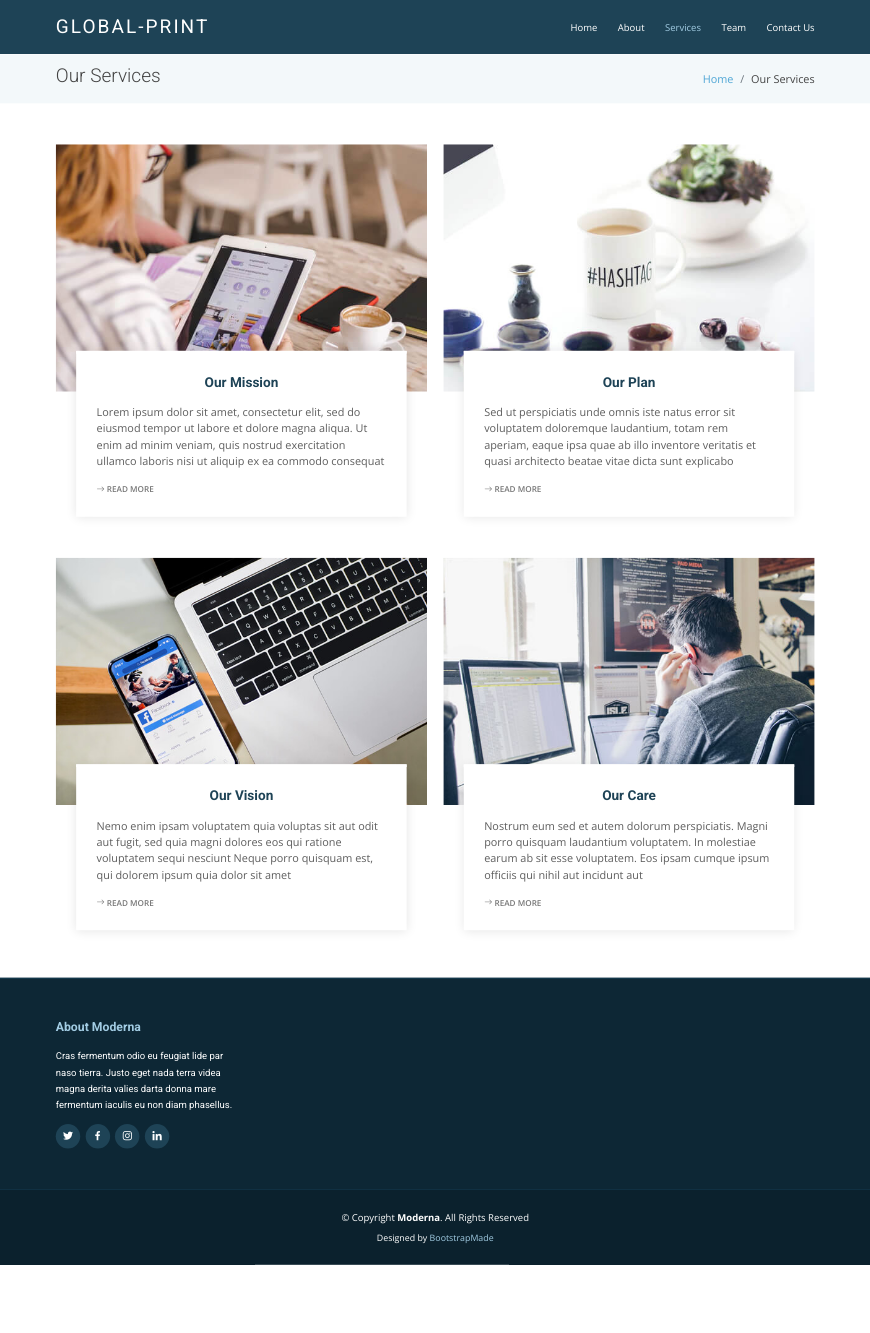
Repository: VachArt/Global-print
Page: services.html
An editor plug-in stored every save of this project. The page is shown before and after the next save, followed by the edit.
The browser window is 1280 px wide. The pictures show the whole page, at 68% of full size.

Above is the page before, as saved 2022-06-09 12:50:24.

### services.html
<!DOCTYPE html>
<html lang="en">

<head>
  <meta charset="utf-8">
  <meta content="width=device-width, initial-scale=1.0" name="viewport">

  <title>GlobalPrint</title>
  <meta content="" name="description">
  <meta content="" name="keywords">


  <!-- Google Fonts -->
  <link href="https://fonts.googleapis.com/css?family=Open+Sans:300,300i,400,400i,600,600i,700,700i|Roboto:300,300i,400,400i,500,500i,700,700i&display=swap" rel="stylesheet">

  <!-- Vendor CSS Files -->
  <link href="assets/vendor/animate.css/animate.min.css" rel="stylesheet">
  <link href="assets/vendor/aos/aos.css" rel="stylesheet">
  <link href="assets/vendor/bootstrap/css/bootstrap.min.css" rel="stylesheet">
  <link href="assets/vendor/bootstrap-icons/bootstrap-icons.css" rel="stylesheet">
  <link href="assets/vendor/boxicons/css/boxicons.min.css" rel="stylesheet">
  <link href="assets/vendor/glightbox/css/glightbox.min.css" rel="stylesheet">
  <link href="assets/vendor/swiper/swiper-bundle.min.css" rel="stylesheet">

  <!-- Template Main CSS File -->
  <link href="assets/css/style.css" rel="stylesheet">

</head>

<body>

  <!-- ======= Header ======= -->
  <header id="header" class="fixed-top d-flex align-items-center ">
    <div class="container d-flex justify-content-between align-items-center">

      <div class="logo">
        <h1 class="text-light"><a href="index.html"><span>Global-Print</span></a></h1>
        <!-- Uncomment below if you prefer to use an image logo -->
        <!-- <a href="index.html"><img src="assets/img/logo.png" alt="" class="img-fluid"></a>-->
      </div>

      <nav id="navbar" class="navbar">
        <ul>
          <li><a class="" href="index.html">Home</a></li>
          <li><a href="about.html">About</a></li>
          <li><a class="active" href="services.html">Services</a></li>
          <li><a href="team.html">Team</a></li>
          <li><a href="contact.html">Contact Us</a></li>
        </ul>
        <i class="bi bi-list mobile-nav-toggle"></i>
      </nav><!-- .navbar -->

    </div>
  </header><!-- End Header -->

  <main id="main">

    <!-- ======= Our Services Section ======= -->
    <section class="breadcrumbs">
      <div class="container">

        <div class="d-flex justify-content-between align-items-center">
          <h2>Our Services</h2>
          <ol>
            <li><a href="index.html">Home</a></li>
            <li>Our Services</li>
          </ol>
        </div>

      </div>
    </section><!-- End Our Services Section -->



    <!-- ======= Service Details Section ======= -->
    <section class="service-details">
      <div class="container">

        <div class="row">
          <div class="col-md-6 d-flex align-items-stretch" data-aos="fade-up">
            <div class="card">
              <div class="card-img">
                <img src="assets/img/service-details-1.jpg" alt="...">
              </div>
              <div class="card-body">
                <h5 class="card-title"><a href="#">Our Mission</a></h5>
                <p class="card-text">Lorem ipsum dolor sit amet, consectetur elit, sed do eiusmod tempor ut labore et dolore magna aliqua. Ut enim ad minim veniam, quis nostrud exercitation ullamco laboris nisi ut aliquip ex ea commodo consequat</p>
                <div class="read-more"><a href="#"><i class="bi bi-arrow-right"></i> Read More</a></div>
              </div>
            </div>
          </div>
          <div class="col-md-6 d-flex align-items-stretch" data-aos="fade-up">
            <div class="card">
              <div class="card-img">
                <img src="assets/img/service-details-2.jpg" alt="...">
              </div>
              <div class="card-body">
                <h5 class="card-title"><a href="#">Our Plan</a></h5>
                <p class="card-text">Sed ut perspiciatis unde omnis iste natus error sit voluptatem doloremque laudantium, totam rem aperiam, eaque ipsa quae ab illo inventore veritatis et quasi architecto beatae vitae dicta sunt explicabo</p>
                <div class="read-more"><a href="#"><i class="bi bi-arrow-right"></i> Read More</a></div>
              </div>
            </div>

          </div>
          <div class="col-md-6 d-flex align-items-stretch" data-aos="fade-up">
            <div class="card">
              <div class="card-img">
                <img src="assets/img/service-details-3.jpg" alt="...">
              </div>
              <div class="card-body">
                <h5 class="card-title"><a href="#">Our Vision</a></h5>
                <p class="card-text">Nemo enim ipsam voluptatem quia voluptas sit aut odit aut fugit, sed quia magni dolores eos qui ratione voluptatem sequi nesciunt Neque porro quisquam est, qui dolorem ipsum quia dolor sit amet</p>
                <div class="read-more"><a href="#"><i class="bi bi-arrow-right"></i> Read More</a></div>
              </div>
            </div>
          </div>
          <div class="col-md-6 d-flex align-items-stretch" data-aos="fade-up">
            <div class="card">
              <div class="card-img">
                <img src="assets/img/service-details-4.jpg" alt="...">
              </div>
              <div class="card-body">
                <h5 class="card-title"><a href="#">Our Care</a></h5>
                <p class="card-text">Nostrum eum sed et autem dolorum perspiciatis. Magni porro quisquam laudantium voluptatem. In molestiae earum ab sit esse voluptatem. Eos ipsam cumque ipsum officiis qui nihil aut incidunt aut</p>
                <div class="read-more"><a href="#"><i class="bi bi-arrow-right"></i> Read More</a></div>
              </div>
            </div>
          </div>
        </div>

      </div>
    </section><!-- End Service Details Section -->


  </main><!-- End #main -->

  <!-- ======= Footer ======= -->
  <footer id="footer" data-aos="fade-up" data-aos-easing="ease-in-out" data-aos-duration="500">


    <div class="footer-top">
      <div class="container">
        <div class="row">



          <div class="col-lg-3 col-md-6 footer-info">
            <h3>About Moderna</h3>
            <p>Cras fermentum odio eu feugiat lide par naso tierra. Justo eget nada terra videa magna derita valies darta donna mare fermentum iaculis eu non diam phasellus.</p>
            <div class="social-links mt-3">
              <a href="#" class="twitter"><i class="bx bxl-twitter"></i></a>
              <a href="#" class="facebook"><i class="bx bxl-facebook"></i></a>
              <a href="#" class="instagram"><i class="bx bxl-instagram"></i></a>
              <a href="#" class="linkedin"><i class="bx bxl-linkedin"></i></a>
            </div>
          </div>

        </div>
      </div>
    </div>

    <div class="container">
      <div class="copyright">
        &copy; Copyright <strong><span>Moderna</span></strong>. All Rights Reserved
      </div>
      <div class="credits">
        <!-- All the links in the footer should remain intact. -->
        <!-- You can delete the links only if you purchased the pro version. -->
        <!-- Licensing information: https://bootstrapmade.com/license/ -->
        <!-- Purchase the pro version with working PHP/AJAX contact form: https://bootstrapmade.com/free-bootstrap-template-corporate-moderna/ -->
        Designed by <a href="https://bootstrapmade.com/">BootstrapMade</a>
      </div>
    </div>
  </footer><!-- End Footer -->

  <a href="#" class="back-to-top d-flex align-items-center justify-content-center"><i class="bi bi-arrow-up-short"></i></a>

  <!-- Vendor JS Files -->
  <script src="assets/vendor/purecounter/purecounter.js"></script>
  <script src="assets/vendor/aos/aos.js"></script>
  <script src="assets/vendor/bootstrap/js/bootstrap.bundle.min.js"></script>
  <script src="assets/vendor/glightbox/js/glightbox.min.js"></script>
  <script src="assets/vendor/isotope-layout/isotope.pkgd.min.js"></script>
  <script src="assets/vendor/swiper/swiper-bundle.min.js"></script>
  <script src="assets/vendor/waypoints/noframework.waypoints.js"></script>
  <script src="assets/vendor/php-email-form/validate.js"></script>

  <!-- Template Main JS File -->
  <script src="assets/js/main.js"></script>

</body>

</html>

Loaded but not shown: assets/vendor/animate.css/animate.min.css (library); assets/vendor/aos/aos.css (library); assets/vendor/bootstrap/css/bootstrap.min.css (library); assets/vendor/bootstrap-icons/bootstrap-icons.css (library); assets/vendor/boxicons/css/boxicons.min.css (library); assets/vendor/glightbox/css/glightbox.min.css (library); assets/vendor/swiper/swiper-bundle.min.css (library); assets/vendor/purecounter/purecounter.js (library); assets/vendor/aos/aos.js (library); assets/vendor/bootstrap/js/bootstrap.bundle.min.js (library); assets/vendor/glightbox/js/glightbox.min.js (library); assets/vendor/isotope-layout/isotope.pkgd.min.js (library); assets/vendor/swiper/swiper-bundle.min.js (library); assets/vendor/waypoints/noframework.waypoints.js (library); assets/vendor/php-email-form/validate.js (common file); assets/js/main.js (225 lines, source omitted); assets/css/style.css (1988 lines, source omitted)

After the next save:
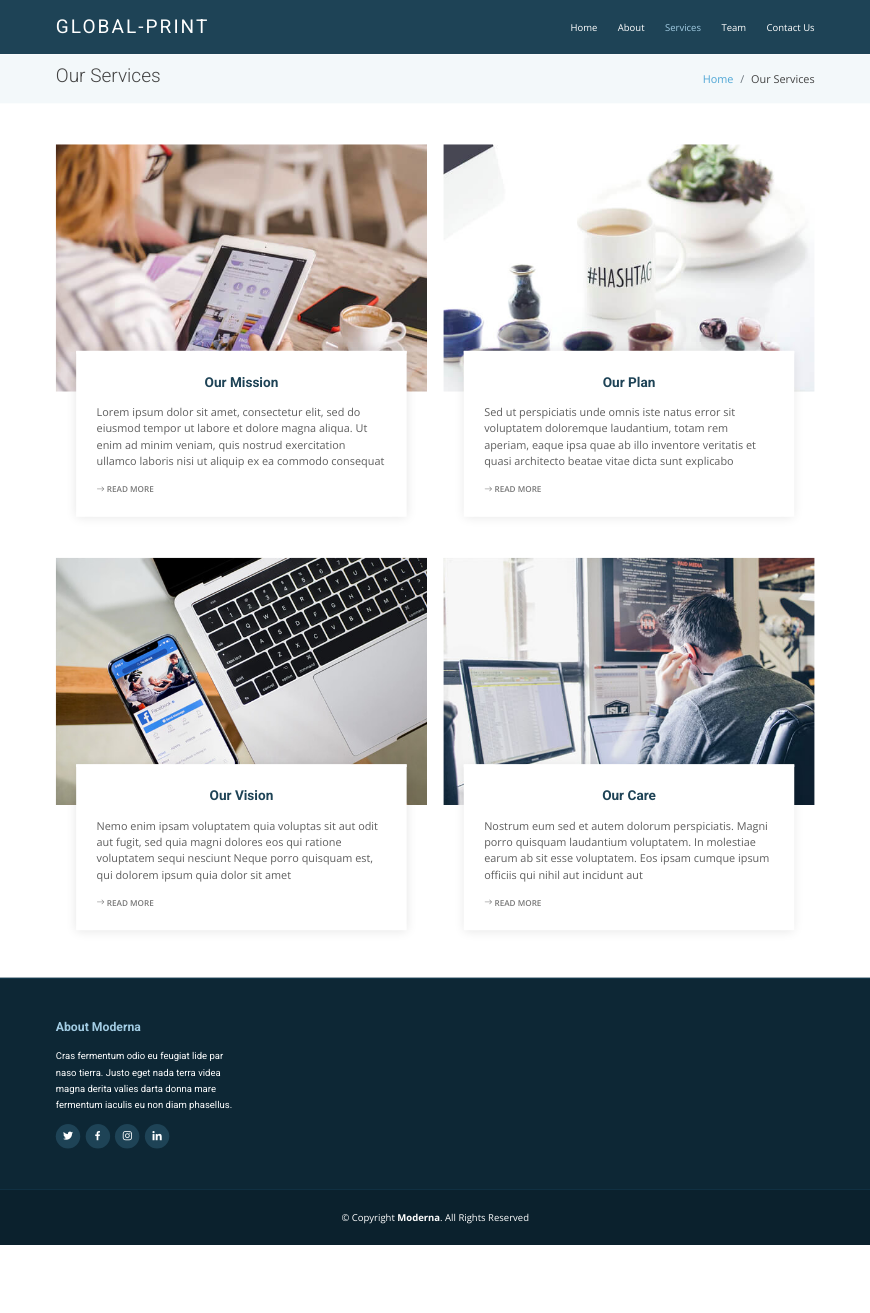
Saved 31 s later.
--- a/services.html
+++ b/services.html
@@ -141,9 +141,6 @@
     <div class="footer-top">
       <div class="container">
         <div class="row">
-
-
-
           <div class="col-lg-3 col-md-6 footer-info">
             <h3>About Moderna</h3>
             <p>Cras fermentum odio eu feugiat lide par naso tierra. Justo eget nada terra videa magna derita valies darta donna mare fermentum iaculis eu non diam phasellus.</p>
@@ -162,13 +159,6 @@
     <div class="container">
       <div class="copyright">
         &copy; Copyright <strong><span>Moderna</span></strong>. All Rights Reserved
-      </div>
-      <div class="credits">
-        <!-- All the links in the footer should remain intact. -->
-        <!-- You can delete the links only if you purchased the pro version. -->
-        <!-- Licensing information: https://bootstrapmade.com/license/ -->
-        <!-- Purchase the pro version with working PHP/AJAX contact form: https://bootstrapmade.com/free-bootstrap-template-corporate-moderna/ -->
-        Designed by <a href="https://bootstrapmade.com/">BootstrapMade</a>
       </div>
     </div>
   </footer><!-- End Footer -->
